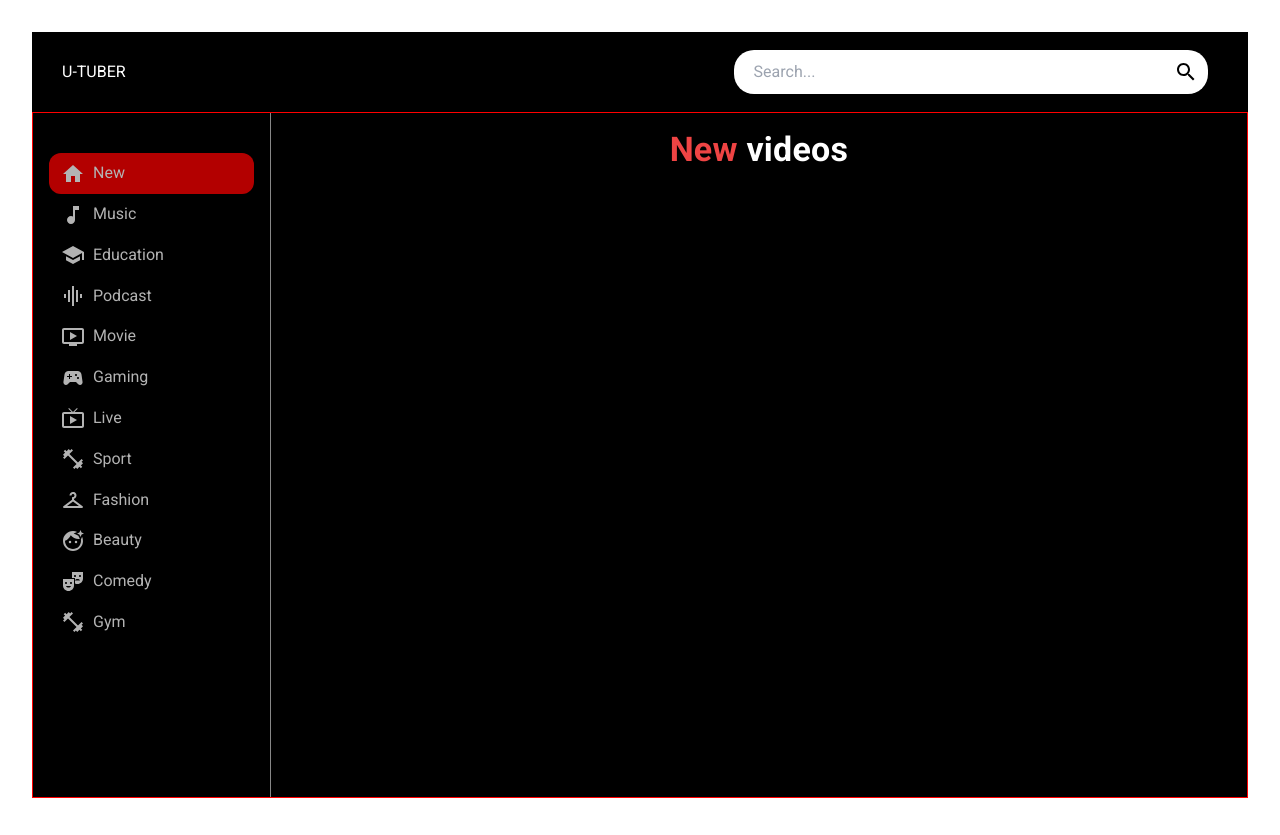
Repository: Nurlan-Bakenbaev/YoutubeClone
Page: /
An editor plug-in stored every save of this project. The page is shown before and after a run of saves, followed by the edit.
The browser window is 1280 px wide. The pictures show the whole page.
The page's requests for data from a server got no answer. The project was rebuilt for these pictures with package versions that can differ from the ones it lists, and the page was loaded fresh each time. No one was signed in, and anything a server would have sent is missing. Also part of the build but not shown: vite.config.js, src/components/VideoCard.jsx, src/components/ChannelCard.jsx, src/components/VideoDetails.jsx, src/components/SearchFeed.jsx, src/components/ChannelDetails.jsx.

Above is the page before, as saved 2023-09-08 15:33:11.

### index.html
<!DOCTYPE html>
<html lang="en">
  <head>
    <link
      rel="stylesheet"
      href="https://fonts.googleapis.com/icon?family=Material+Icons"
    />
    <link rel="preconnect" href="https://fonts.googleapis.com" />
    <link rel="preconnect" href="https://fonts.gstatic.com" crossorigin />
    <link
      rel="stylesheet"
      href="https://fonts.googleapis.com/css2?family=Roboto:wght@300;400;500;600;700&display=swap"
    />

    <meta charset="UTF-8" />
    <link rel="icon" type="image/svg+xml" href="/vite.svg" />
    <meta name="viewport" content="width=device-width, initial-scale=1.0" />
    <title>Youtube Clone</title>
  </head>
  <body>
    <div id="root"></div>
    <script type="module" src="/src/main.jsx"></script>
  </body>
</html>

### src/App.jsx
import "./App.css";
import { BrowserRouter, Routes, Route } from "react-router-dom";
import { Box } from "@mui/material";
import Navbar from './components/Navbar'
import Feed from './components/Feed'
import VideoDetails from './components/VideoDetails'
import SearchFeed from './components/SearchFeed'
import ChannelDetails from './components/ChannelDetails'


const App = () => (
  <BrowserRouter>
    <Box sx={{ backgroundColor: "#000" }}>
      <Navbar/>
      <Routes>
        <Route path="/" element={<Feed />} />
        <Route path="/video/:id" element={<VideoDetails />} />
        <Route path="/channel/:id" element={<ChannelDetails />} />
        <Route path="/search/:searchTerm" element={<SearchFeed />} />
      </Routes>
    </Box>
  </BrowserRouter>
);

export default App;

### src/index.css
@import "tailwindcss/base";
@import "tailwindcss/components";
@import "tailwindcss/utilities";


body {
  font-family: "Roboto", sans-serif;
  margin: 0;
  padding: 0;
  box-sizing: border-box;
}
a{
  color:inherit;
  text-decoration: none;
}

### src/components/Navbar.jsx
import { Stack } from "@mui/material";
import { Link } from "react-router-dom";
import SearchBar from "./SearchBar";

const Navbar = () => {
  return (
    <Stack
      direction="row"
      alignItems="center"
      sx={{
        position: "sticky",
        background: "black",
        top: "0",
        justifyContent: "space-between",
        height: "80px",
        pl:'30px'
      }}
    >
      <Stack
        sx={{
          display: "flex",
          flexDirection: "row",
          alignItems: "center",
        }}
      >
        <Link className="hidden md:block" to={"/"}>
           <h1 className="text-bold text-white">U-TUBER</h1>
        </Link>
      </Stack>
      <SearchBar />
    </Stack>
  );
};

export default Navbar;

### src/components/Feed.jsx
import React, { useState, useEffect } from "react";
import { Box, Stack, Typography } from "@mui/material";
import SideBar from "./SideBar";
import Videos from "./Videos";
import { fetchFromAPI } from "./helpers/fetchFromAPI";

const Feed = () => {
  const [selectedCategory, setSelectedCategory] = useState("New");
  const [videos, setVideous] = useState([]);
  useEffect(() => {
    fetchFromAPI(`search?part=snippet&q=
    ${selectedCategory}`).then((data) => setVideous(data.items));
  }, [selectedCategory]);

  return (
    <Stack sx={{ flexDirection: { sx: "column", md: "row" }, border:'1px solid red' }}>
      <Box
        sx={{
          height: { sx: "auto", md: "95vh" },
          borderRight: "1px solid #878787 ",
          px: { sx: 0, md: 2 },
        }}
      >
        <SideBar
          selectedCategory={selectedCategory}
          setSelectedCategory={setSelectedCategory}
        />
        <Typography
          className="copyright"
          variant="body2"
          sx={{ mt: 1.5, color: "white" }}
        >
          Copyrights 2023 Nurlan-Develop
        </Typography>
      </Box>
      <Box p={2} sx={{ overflowY: "auto", height: "90vh", flex: 2 }}>
        <Typography
          variant="h4"
          fontWeight="bold"
          mb={2}
          sx={{ color: "white" }}
        >
          <span className="text-red-500">{selectedCategory}</span> videos
          <Videos videos={videos} />
        </Typography>
      </Box>
    </Stack>
  );
};

export default Feed;

### src/components/SearchBar.jsx
import React from "react";
import { useState } from "react";
import { useNavigate } from "react-router-dom";
import { Paper, IconButton } from "@mui/material";
import SearchIcon from "@mui/icons-material/Search";
const SearchBar = () => {
  return (
    <Paper
      component="form"
      onSubmit={() => {}}
      sx={{
        borderRadius: "20px",
        pl: 2,
        boxShadow: "none",
        display: "flex",
        alignItems: "center",
        minWidth:"40%",
        mr: { sm: 5 },
      }}
    >
      <input
        className="flex-1 p-1 outline-none"
        placeholder="Search..."
        type="text"
        onChange={() => {}}/>
      <IconButton type="submit" sx={{ p: "10px", color: "black" }}>
        <SearchIcon />
      </IconButton>
    </Paper>
  );
};

export default SearchBar;

### src/components/SideBar.jsx
import React from "react";
import { Stack } from "@mui/material";
import { categories } from "./helpers/constants";

const SideBar = ({ selectedCategory, setSelectedCategory }) => {
  return (
    <Stack
      direction="row"
      sx={{
        marginTop: { sx: 5, md: 5 },
        overflowY: "",
        overflowX: "auto",
        height: { sx: "auto", md: "95%" },
        flexDirection: { md: "column" },
      }}
    >
      {categories.map((cat) => (
        <button
          onClick={() => setSelectedCategory(cat.name)}
          key={cat.name}
          style={{ background: cat.name === selectedCategory && "red" }}
          className="
        flex gap-2 items-center
         hover:bg-red-500 text-white
          py-2 px-3 rounded-xl opacity-[0.7] hover:opacity-[1]"
        >
          <span>{cat.icon}</span>
          <span className="hidden md:block">{cat.name}</span>
        </button>
      ))}
    </Stack>
  );
};

export default SideBar;

### src/components/Videos.jsx
import React from "react";
import { Stack, Box } from "@mui/material";
import VideoCard from "./VideoCard";
import ChannelCard from "./ChannelCard";
const Videos = ({ videos }) => {
  return (
    <Stack  direction="row" justifyContent="start"margin='auto' flexWrap="wrap" gap={2}>
      {videos.map((item, idx) => (
        <Box key={idx}>
          {item.id.videoId && <VideoCard video={item} />}
          {item.id.channelId && <ChannelCard channelDetail={item} />}
        </Box>
      ))}
    </Stack>
  );
};

export default Videos;

### src/components/helpers/fetchFromAPI.js
import axios from "axios";


const BASE_URL = "https://youtube-v31.p.rapidapi.com";

const options = {
  params: {

    maxResults: "10",
  },
  headers: {
    "X-RapidAPI-Key": 'dfd9fd22a4msh387268f5a8f5fb7p1284fdjsne6bbd54d9622',
    "X-RapidAPI-Host": "youtube-v31.p.rapidapi.com",
  },
};
export const fetchFromAPI = async (url) => {
  const { data } = await axios.get(`${BASE_URL}/${url}`, options);
  return data;
};

### src/components/helpers/constants.jsx
import MusicNoteIcon from '@mui/icons-material/MusicNote';
import HomeIcon from '@mui/icons-material/Home';
import CodeIcon from '@mui/icons-material/Code';
import OndemandVideoIcon from '@mui/icons-material/OndemandVideo';
import SportsEsportsIcon from '@mui/icons-material/SportsEsports';
import LiveTvIcon from '@mui/icons-material/LiveTv';
import SchoolIcon from '@mui/icons-material/School';
import FaceRetouchingNaturalIcon from '@mui/icons-material/FaceRetouchingNatural';
import CheckroomIcon from '@mui/icons-material/Checkroom';
import GraphicEqIcon from '@mui/icons-material/GraphicEq';
import TheaterComedyIcon from '@mui/icons-material/TheaterComedy';
import FitnessCenterIcon from '@mui/icons-material/FitnessCenter';
import DeveloperModeIcon from '@mui/icons-material/DeveloperMode';


export const categories = [
  { name: 'New', icon: <HomeIcon />, },
  { name: 'Music', icon: <MusicNoteIcon /> },
  { name: 'Education', icon: <SchoolIcon />, },
  { name: 'Podcast', icon: <GraphicEqIcon />, },
  { name: 'Movie', icon: <OndemandVideoIcon />, },
  { name: 'Gaming', icon: <SportsEsportsIcon />, },
  { name: 'Live', icon: <LiveTvIcon />, },
  { name: 'Sport', icon: <FitnessCenterIcon />, },
  { name: 'Fashion', icon: <CheckroomIcon />, },
  { name: 'Beauty', icon: <FaceRetouchingNaturalIcon />, },
  { name: 'Comedy', icon: <TheaterComedyIcon />, },
  { name: 'Gym', icon: <FitnessCenterIcon />, },
];

export const demoThumbnailUrl = 'https://i.ibb.co/G2L2Gwp/API-Course.png';
export const demoChannelUrl = '/channel/UCmXmlB4-HJytD7wek0Uo97A';
export const demoVideoUrl = '/video/GDa8kZLNhJ4';
export const demoChannelTitle = 'JavaScript Mastery';
export const demoVideoTitle = 'Build and Deploy 5 JavaScript & React API Projects in 10 Hours - Full Course | RapidAPI';
export const demoProfilePicture = 'http://dergipark.org.tr/assets/app/images/buddy_sample.png'

Loaded but not shown: src/main.jsx (common file); src/App.css (common file); tailwind.config.js (common file)

After the next 6 saves:
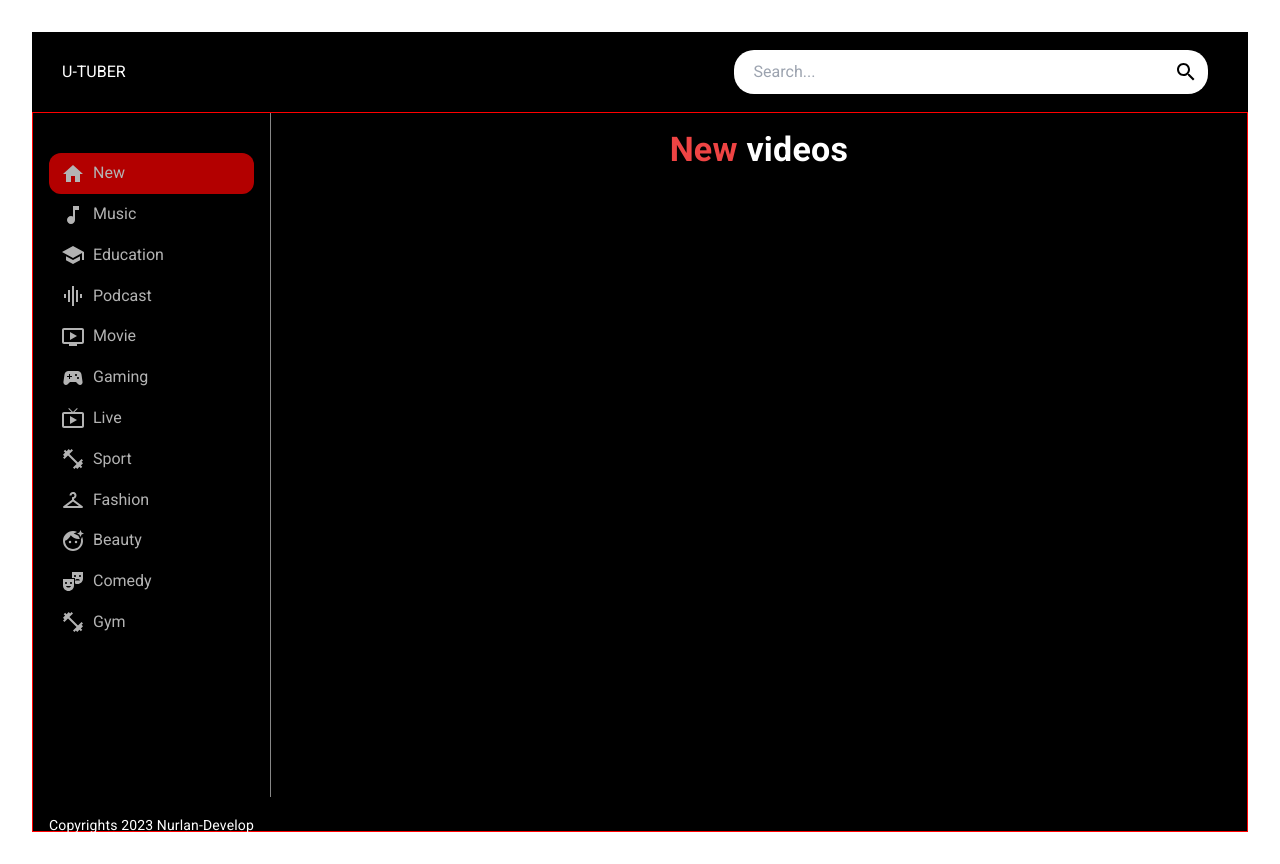
The 6 saves are shown as one change because 1 did not build or start and some came seconds apart.
The last was saved 41 s later.
--- a/src/components/Feed.jsx
+++ b/src/components/Feed.jsx
@@ -13,7 +13,7 @@
   }, [selectedCategory]);
 
   return (
-    <Stack sx={{ flexDirection: { sx: "column", md: "row" }, border:'1px solid red' }}>
+    <Stack sx={{ flexDirection: { sx: "column", md: "row" }, border:'1px solid red',height:'100vh' }}>
       <Box
         sx={{
           height: { sx: "auto", md: "95vh" },

After the save that followed:
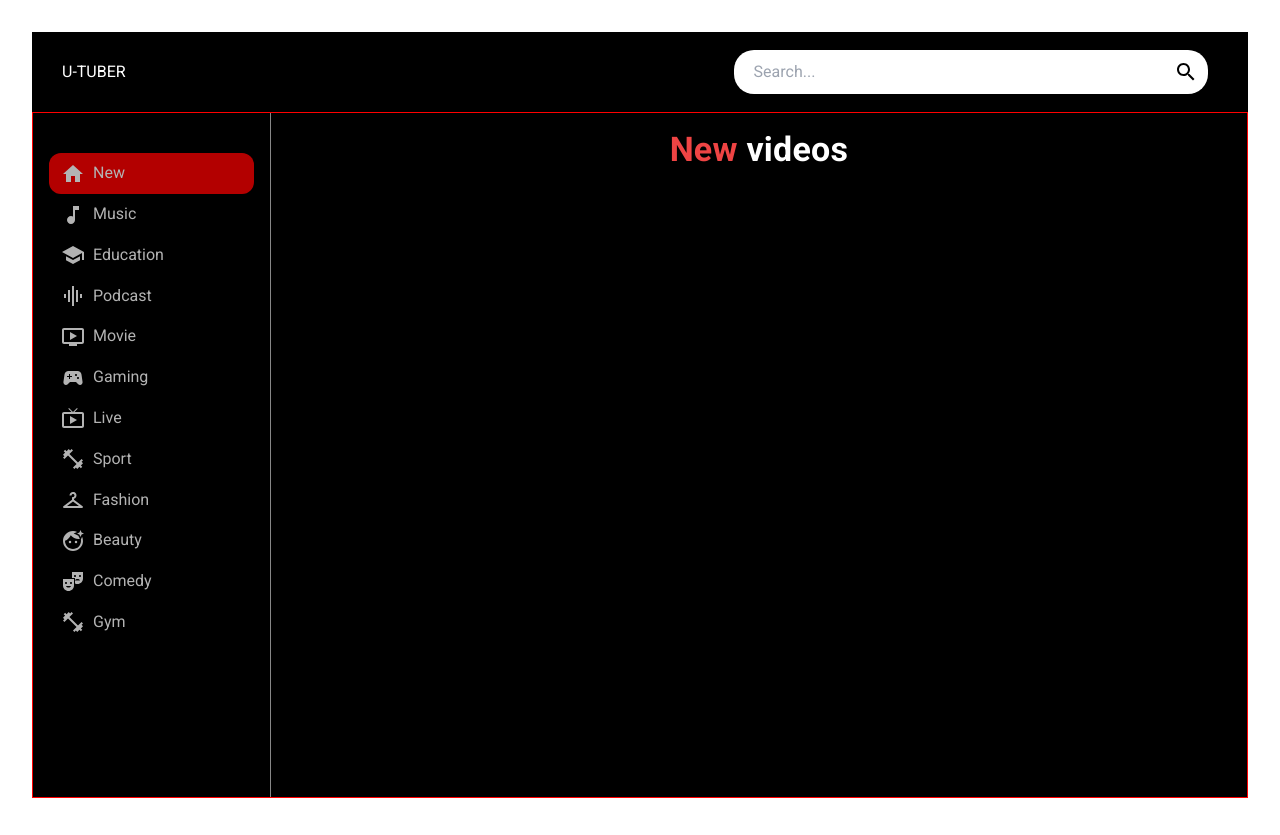
Saved 21 s later.
--- a/src/components/Feed.jsx
+++ b/src/components/Feed.jsx
@@ -13,7 +13,7 @@
   }, [selectedCategory]);
 
   return (
-    <Stack sx={{ flexDirection: { sx: "column", md: "row" }, border:'1px solid red',height:'100vh' }}>
+    <Stack sx={{ flexDirection: { sx: "column", md: "row" }, border:'1px solid red' }}>
       <Box
         sx={{
           height: { sx: "auto", md: "95vh" },
